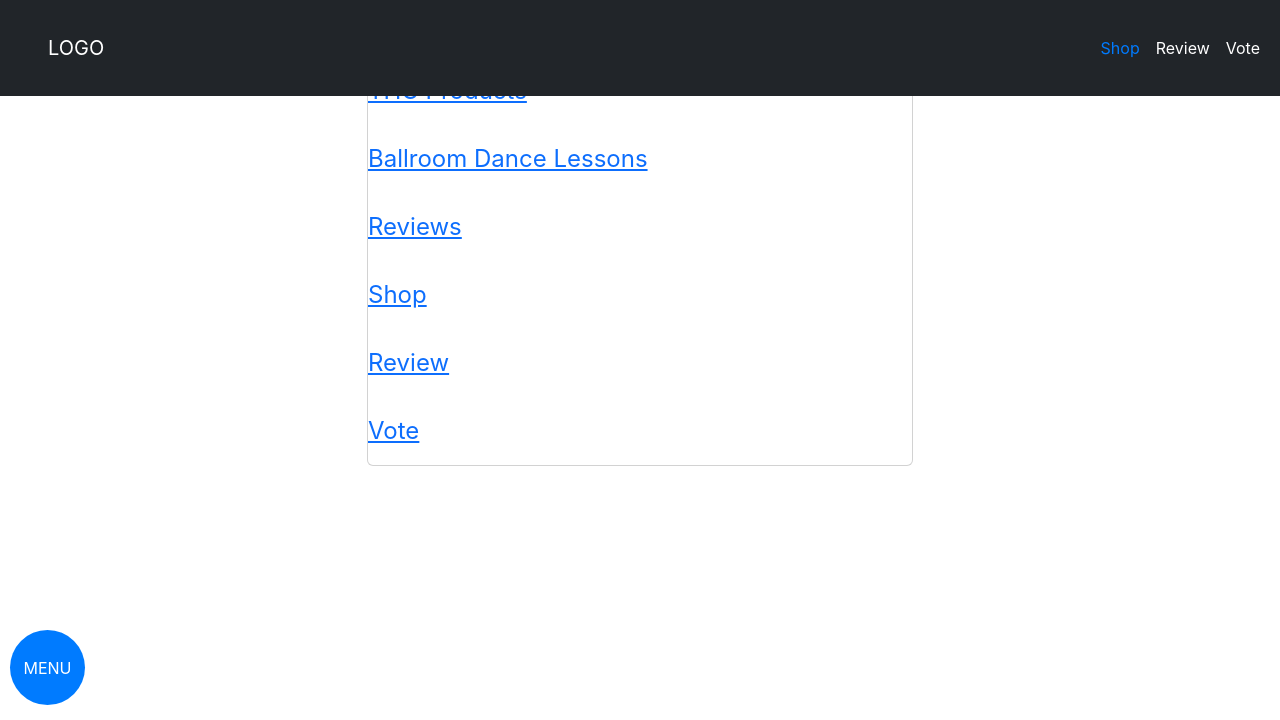
Repository: DragonFruit8/basic-website
Page: /shop
These files come from the project's save history. The page is drawn as it stood at one moment and after the next save; the edit follows.
The browser window is 1280 px wide. The pictures show the whole page.
The project was rebuilt for these pictures with package versions that can differ from the ones it lists, and the page was loaded fresh each time. Also part of the build but not shown: src/sections/MissionSec.js, src/sections/AboutSec.js, src/sections/ServiceSec.js, src/Img/LunaLogo.js, src/sections/SupportSec.js, src/sections/HeroSec.js, src/pages/HomePage.js.

Above is the page before, as saved 2024-06-23 08:57:29.

After the next save:
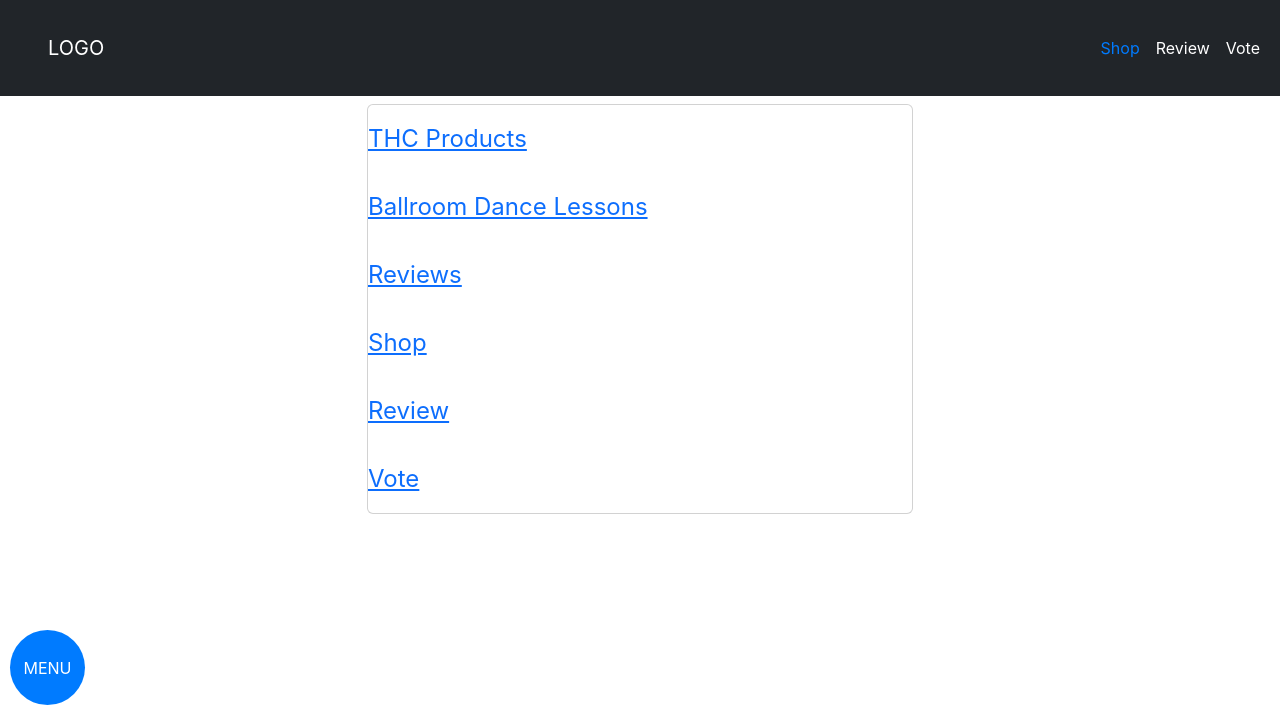
Saved 4 s later.
--- a/src/pages/ShopPage.js
+++ b/src/pages/ShopPage.js
@@ -3,7 +3,7 @@
 
 const ShopPage = () => {
     return (
-        <div className=''>
+        <div className='mt-5'>
             <h1>Shop Page</h1>
             <div className="container">
                 <div className="row justify-content-center">
